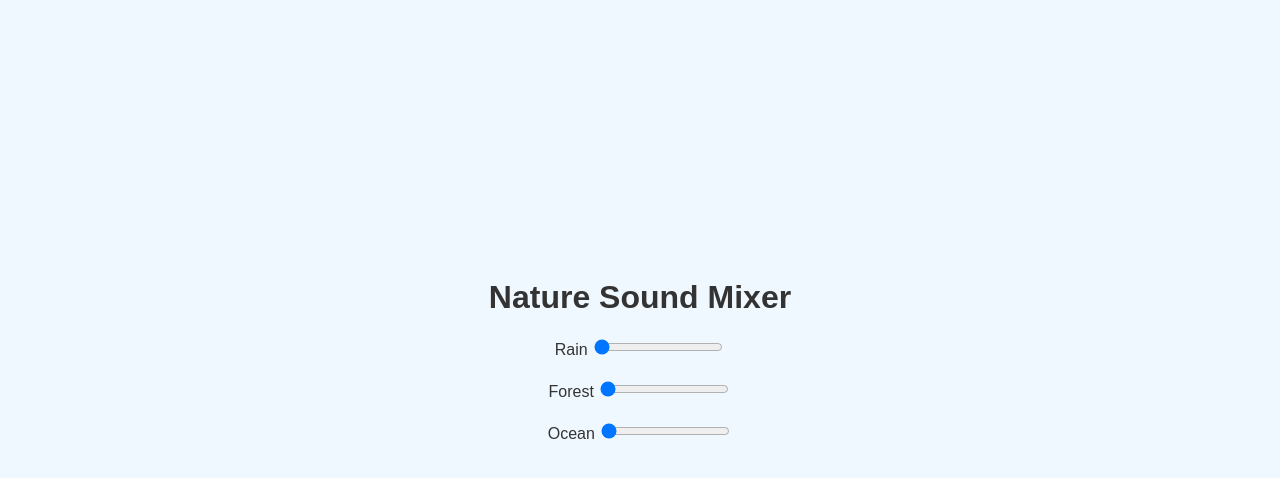
Repository: Suonii/nature-sound-mixer
Page: index.html
An editor plug-in stored every save of this project. The page is shown before and after a run of saves, followed by the edit.
The browser window is 1280 px wide. The pictures show the whole page.

Above is the page before, as saved 2024-07-24 10:06:44.

After the next 7 saves:
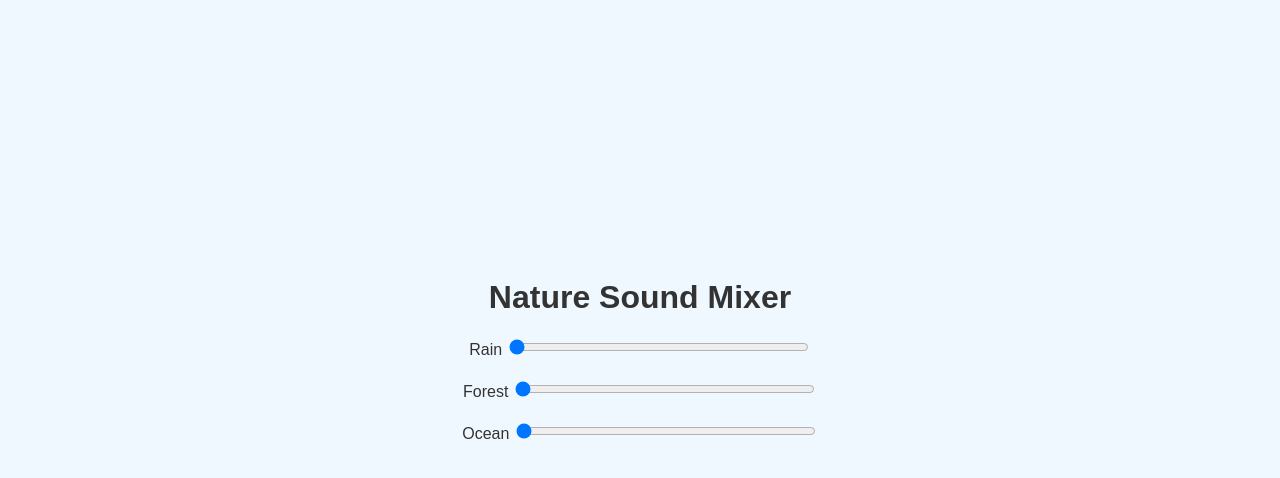
The 7 saves are shown as one change because they came seconds apart.
The last was saved 21 s later.
--- a/styles.css
+++ b/styles.css
@@ -30,5 +30,6 @@ body {
 
 /*styles for the volume sliders*/
 .volume-slider {
-    /*width*/
+    /*width of the sliders*/
+    width: 300px;
 }
